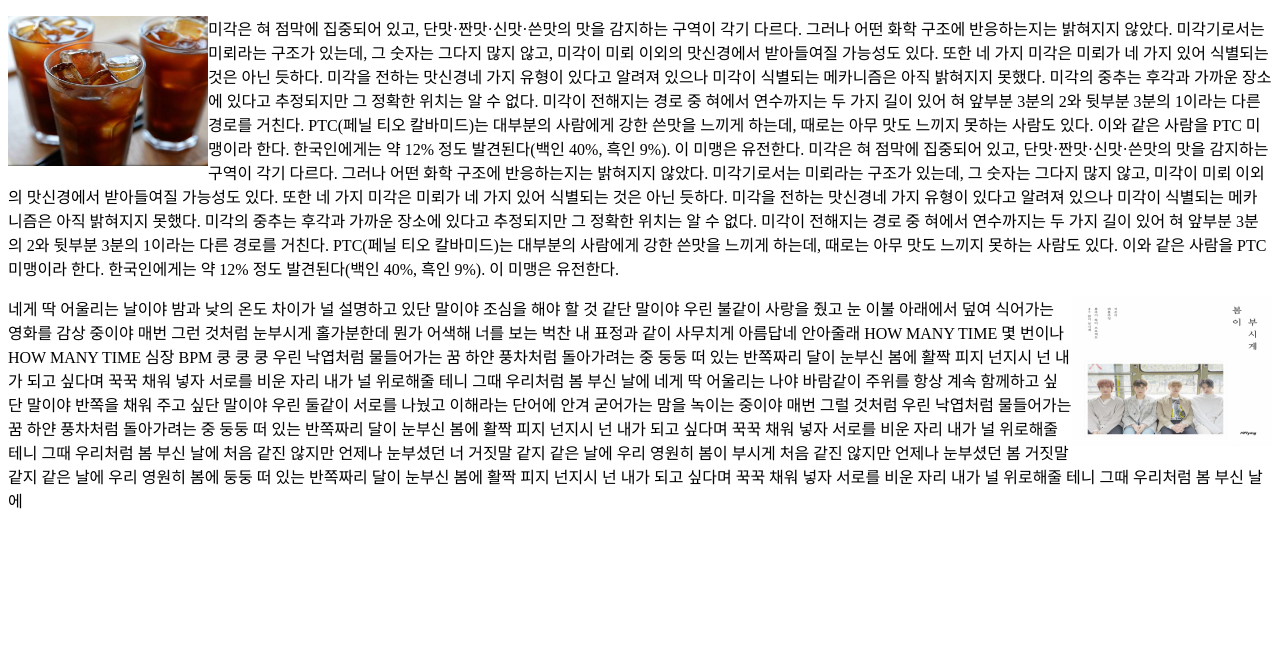
Repository: yul3220/WebProgrammingLecture
Page: webpro/WebContent/2021-01-12/float속성.html
An editor plug-in stored every save of this project. The page is shown before and after the next save, followed by the edit.
The browser window is 1280 px wide. The pictures show the whole page.

Above is the page before, as saved 2021-01-12 01:11:47.

### webpro/WebContent/2021-01-12/float속성.html
<!DOCTYPE html>
<html>
<head>
<meta charset="UTF-8">
<title>Insert title here</title>
<style>
img{
	width : 200px;
	height : 150px;
	float : left;
}
#img2{
	float : right;
}
</style>
</head>
<body>
<img src="../images/아메리카노.jpg" alt="아메리카노">
<p>
미각은 혀 점막에 집중되어 있고, 단맛·짠맛·신맛·쓴맛의 맛을 감지하는 구역이 각기 다르다.
그러나 어떤 화학 구조에 반응하는지는 밝혀지지 않았다. 미각기로서는 미뢰라는 구조가 있는데,
 그 숫자는 그다지 많지 않고, 미각이 미뢰 이외의 맛신경에서 받아들여질 가능성도 있다.
 또한 네 가지 미각은 미뢰가 네 가지 있어 식별되는 것은 아닌 듯하다.
 미각을 전하는 맛신경네 가지 유형이 있다고 알려져 있으나 미각이 식별되는 메카니즘은 아직 밝혀지지 못했다.
 미각의 중추는 후각과 가까운 장소에 있다고 추정되지만 그 정확한 위치는 알 수 없다.
 미각이 전해지는 경로 중 혀에서 연수까지는 두 가지 길이 있어 혀 앞부분 3분의 2와 뒷부분 3분의 1이라는
 다른 경로를 거친다. PTC(페닐 티오 칼바미드)는 대부분의 사람에게 강한 쓴맛을 느끼게 하는데,
 때로는 아무 맛도 느끼지 못하는 사람도 있다. 이와 같은 사람을 PTC 미맹이라 한다.
 한국인에게는 약 12% 정도 발견된다(백인 40%, 흑인 9%). 이 미맹은 유전한다.
 미각은 혀 점막에 집중되어 있고, 단맛·짠맛·신맛·쓴맛의 맛을 감지하는 구역이 각기 다르다.
그러나 어떤 화학 구조에 반응하는지는 밝혀지지 않았다. 미각기로서는 미뢰라는 구조가 있는데,
 그 숫자는 그다지 많지 않고, 미각이 미뢰 이외의 맛신경에서 받아들여질 가능성도 있다.
 또한 네 가지 미각은 미뢰가 네 가지 있어 식별되는 것은 아닌 듯하다.
 미각을 전하는 맛신경네 가지 유형이 있다고 알려져 있으나 미각이 식별되는 메카니즘은 아직 밝혀지지 못했다.
 미각의 중추는 후각과 가까운 장소에 있다고 추정되지만 그 정확한 위치는 알 수 없다.
 미각이 전해지는 경로 중 혀에서 연수까지는 두 가지 길이 있어 혀 앞부분 3분의 2와 뒷부분 3분의 1이라는
 다른 경로를 거친다. PTC(페닐 티오 칼바미드)는 대부분의 사람에게 강한 쓴맛을 느끼게 하는데,
 때로는 아무 맛도 느끼지 못하는 사람도 있다. 이와 같은 사람을 PTC 미맹이라 한다.
 한국인에게는 약 12% 정도 발견된다(백인 40%, 흑인 9%). 이 미맹은 유전한다.
</p>
<img id="img2" src="../images/봄이부시게.jpg" alt="봄이부시게">
<p>
네게 딱 어울리는 날이야
밤과 낮의 온도 차이가
널 설명하고 있단 말이야
조심을 해야 할 것 같단 말이야
우린 불같이 사랑을 줬고
눈 이불 아래에서 덮여
식어가는 영화를 감상 중이야
매번 그런 것처럼
눈부시게 홀가분한데 뭔가 어색해
너를 보는 벅찬 내 표정과 같이
사무치게 아름답네
안아줄래 HOW MANY TIME
몇 번이나 HOW MANY TIME
심장 BPM 쿵 쿵 쿵
우린 낙엽처럼 물들어가는 꿈
하얀 풍차처럼 돌아가려는 중
둥둥 떠 있는 반쪽짜리 달이
눈부신 봄에 활짝 피지
넌지시 넌 내가 되고 싶다며
꾹꾹 채워 넣자 서로를 비운 자리
내가 널 위로해줄 테니 그때 우리처럼
봄 부신 날에
네게 딱 어울리는 나야
바람같이 주위를 항상
계속 함께하고 싶단 말이야
반쪽을 채워 주고 싶단 말이야
우린 둘같이 서로를 나눴고
이해라는 단어에 안겨
굳어가는 맘을 녹이는 중이야
매번 그럴 것처럼
우린 낙엽처럼 물들어가는 꿈
하얀 풍차처럼 돌아가려는 중
둥둥 떠 있는 반쪽짜리 달이
눈부신 봄에 활짝 피지
넌지시 넌 내가 되고 싶다며
꾹꾹 채워 넣자 서로를 비운 자리
내가 널 위로해줄 테니 그때 우리처럼
봄 부신 날에
처음 같진 않지만 언제나 눈부셨던 너
거짓말 같지 같은 날에 우리
영원히 봄이 부시게
처음 같진 않지만 언제나 눈부셨던 봄
거짓말 같지 같은 날에 우리 영원히 봄에
둥둥 떠 있는 반쪽짜리 달이
눈부신 봄에 활짝 피지
넌지시 넌 내가 되고 싶다며
꾹꾹 채워 넣자 서로를 비운 자리
내가 널 위로해줄 테니 그때 우리처럼
봄 부신 날에
</p>
</body>
</html>

After the next save:
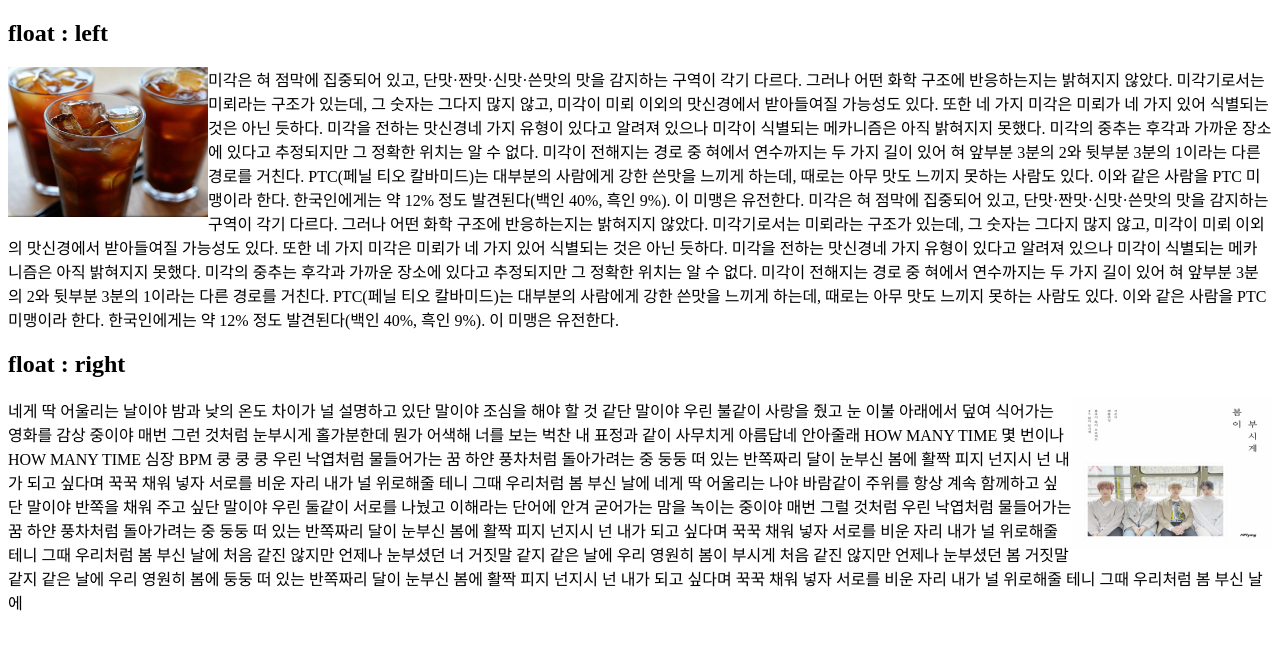
Saved 1 s later.
--- a/webpro/WebContent/2021-01-12/float속성.html
+++ b/webpro/WebContent/2021-01-12/float속성.html
@@ -15,6 +15,7 @@ img{
 </style>
 </head>
 <body>
+<h2>float : left</h2>
 <img src="../images/아메리카노.jpg" alt="아메리카노">
 <p>
 미각은 혀 점막에 집중되어 있고, 단맛·짠맛·신맛·쓴맛의 맛을 감지하는 구역이 각기 다르다.
@@ -38,57 +39,25 @@ img{
  때로는 아무 맛도 느끼지 못하는 사람도 있다. 이와 같은 사람을 PTC 미맹이라 한다.
  한국인에게는 약 12% 정도 발견된다(백인 40%, 흑인 9%). 이 미맹은 유전한다.
 </p>
+<h2>float : right</h2>
 <img id="img2" src="../images/봄이부시게.jpg" alt="봄이부시게">
 <p>
-네게 딱 어울리는 날이야
-밤과 낮의 온도 차이가
-널 설명하고 있단 말이야
-조심을 해야 할 것 같단 말이야
-우린 불같이 사랑을 줬고
-눈 이불 아래에서 덮여
-식어가는 영화를 감상 중이야
-매번 그런 것처럼
-눈부시게 홀가분한데 뭔가 어색해
-너를 보는 벅찬 내 표정과 같이
-사무치게 아름답네
-안아줄래 HOW MANY TIME
-몇 번이나 HOW MANY TIME
-심장 BPM 쿵 쿵 쿵
-우린 낙엽처럼 물들어가는 꿈
-하얀 풍차처럼 돌아가려는 중
-둥둥 떠 있는 반쪽짜리 달이
-눈부신 봄에 활짝 피지
-넌지시 넌 내가 되고 싶다며
-꾹꾹 채워 넣자 서로를 비운 자리
-내가 널 위로해줄 테니 그때 우리처럼
-봄 부신 날에
-네게 딱 어울리는 나야
-바람같이 주위를 항상
-계속 함께하고 싶단 말이야
-반쪽을 채워 주고 싶단 말이야
-우린 둘같이 서로를 나눴고
-이해라는 단어에 안겨
-굳어가는 맘을 녹이는 중이야
-매번 그럴 것처럼
-우린 낙엽처럼 물들어가는 꿈
-하얀 풍차처럼 돌아가려는 중
-둥둥 떠 있는 반쪽짜리 달이
-눈부신 봄에 활짝 피지
-넌지시 넌 내가 되고 싶다며
-꾹꾹 채워 넣자 서로를 비운 자리
-내가 널 위로해줄 테니 그때 우리처럼
-봄 부신 날에
-처음 같진 않지만 언제나 눈부셨던 너
-거짓말 같지 같은 날에 우리
-영원히 봄이 부시게
-처음 같진 않지만 언제나 눈부셨던 봄
-거짓말 같지 같은 날에 우리 영원히 봄에
-둥둥 떠 있는 반쪽짜리 달이
-눈부신 봄에 활짝 피지
-넌지시 넌 내가 되고 싶다며
-꾹꾹 채워 넣자 서로를 비운 자리
-내가 널 위로해줄 테니 그때 우리처럼
-봄 부신 날에
+네게 딱 어울리는 날이야 밤과 낮의 온도 차이가 널 설명하고 있단 말이야
+조심을 해야 할 것 같단 말이야 우린 불같이 사랑을 줬고 눈 이불 아래에서 덮여
+식어가는 영화를 감상 중이야 매번 그런 것처럼 눈부시게 홀가분한데 뭔가 어색해
+너를 보는 벅찬 내 표정과 같이 사무치게 아름답네 안아줄래 HOW MANY TIME
+몇 번이나 HOW MANY TIME 심장 BPM 쿵 쿵 쿵 우린 낙엽처럼 물들어가는 꿈
+하얀 풍차처럼 돌아가려는 중 둥둥 떠 있는 반쪽짜리 달이 눈부신 봄에 활짝 피지
+넌지시 넌 내가 되고 싶다며 꾹꾹 채워 넣자 서로를 비운 자리 내가 널 위로해줄 테니 그때 우리처럼
+봄 부신 날에 네게 딱 어울리는 나야 바람같이 주위를 항상 계속 함께하고 싶단 말이야
+반쪽을 채워 주고 싶단 말이야 우린 둘같이 서로를 나눴고 이해라는 단어에 안겨
+굳어가는 맘을 녹이는 중이야 매번 그럴 것처럼 우린 낙엽처럼 물들어가는 꿈
+하얀 풍차처럼 돌아가려는 중 둥둥 떠 있는 반쪽짜리 달이 눈부신 봄에 활짝 피지
+넌지시 넌 내가 되고 싶다며 꾹꾹 채워 넣자 서로를 비운 자리 내가 널 위로해줄 테니 그때 우리처럼
+봄 부신 날에 처음 같진 않지만 언제나 눈부셨던 너 거짓말 같지 같은 날에 우리
+영원히 봄이 부시게 처음 같진 않지만 언제나 눈부셨던 봄  거짓말 같지 같은 날에 우리 영원히 봄에
+둥둥 떠 있는 반쪽짜리 달이 눈부신 봄에 활짝 피지 넌지시 넌 내가 되고 싶다며
+꾹꾹 채워 넣자 서로를 비운 자리 내가 널 위로해줄 테니 그때 우리처럼 봄 부신 날에
 </p>
 </body>
 </html>
